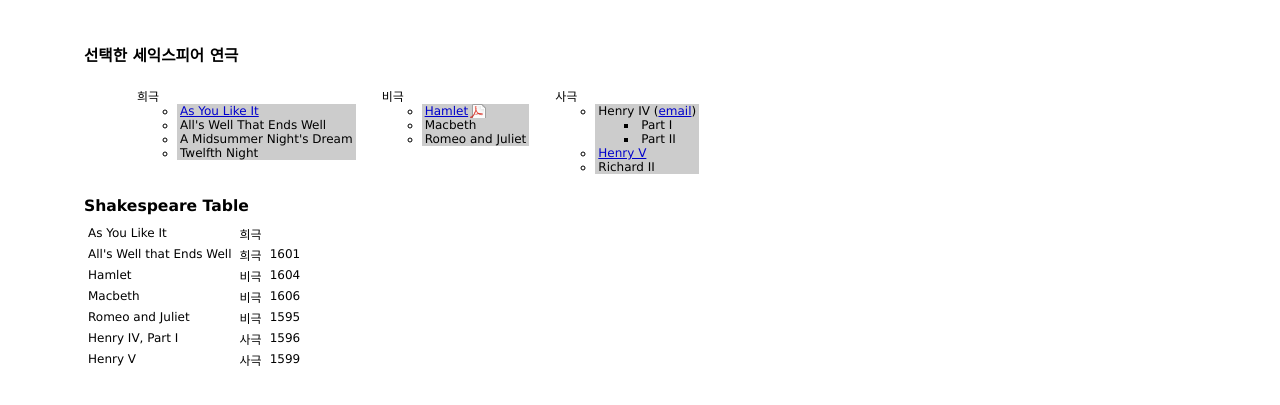
Repository: RyuJelly/211
Page: java_web/jQuery/WebContent/chap02/index.html
An editor plug-in stored every save of this project. The page is shown before and after the next save, followed by the edit.
The browser window is 1280 px wide. The pictures show the whole page.

Above is the page before, as saved 2021-03-15 03:25:40.
Console error (its wording comes from the project's code and is left out).

### java_web/jQuery/WebContent/chap02/index.html
<!DOCTYPE html PUBLIC "-//W3C//DTD XHTML 1.0 Transitional//EN"
	"http://www.w3.org/TR/xhtml1/DTD/xhtml1-transitional.dtd">

<html xmlns="http://www.w3.org/1999/xhtml" xml:lang="en" lang="en">
<head>
	<meta http-equiv="Content-Type" content="text/html; charset=utf-8"/>

	<title>Selected ShakeSpeare Plays</title>
	<link rel="stylesheet" href="../css/default.css" type="text/css" media="screen" />
	<link rel="stylesheet" href="chapter2.css" type="text/css" media="screen" />

	<script src="jquery.js" type="text/javascript"></script>
  <script src="chapter2.js" type="text/javascript"></script>

</head>
<body>
<div id="container">

<h2>선택한 세익스피어 연극</h2>
<ul id="selected-plays" class="clear-after">
  <li>희극
    <ul>
    	<li><a href="/asyoulikeit/">As You Like It</a></li>
    	<li>All's Well That Ends Well</li>
    	<li>A Midsummer Night's Dream</li>
    	<li>Twelfth Night</li>
    </ul>
  </li>
  <li>비극
    <ul>
    	<li><a href="hamlet.pdf">Hamlet</a></li>
    	<li>Macbeth</li>
    	<li>Romeo and Juliet</li>
    </ul>
  </li>
  <li>사극
    <ul>
    	<li>Henry IV (<a href="mailto:henryiv@king.co.uk">email</a>)
        <ul>
          <li>Part I</li>
          <li>Part II</li>
			  </ul>
			</li>
			<li><a href="http://www.shakespeare.co.uk/henryv.htm">Henry V</a></li>
			<li>Richard II</li>
    </ul>
  </li>
</ul>
<h2>Shakespeare Table</h2>
<table>
  <tr>
  	<td>As You Like It</td>
  	<td>희극</td>
  	<td></td>
  </tr>
  <tr>
  	<td>All's Well that Ends Well</td>
  	<td>희극</td>
  	<td>1601</td>
  </tr>
  <tr>
  	<td>Hamlet</td>
  	<td>비극</td>
  	<td>1604</td>
  </tr>
  <tr>
  	<td>Macbeth</td>
  	<td>비극</td>
  	<td>1606</td>
  </tr>
  <tr>
  	<td>Romeo and Juliet</td>
  	<td>비극</td>
  	<td>1595</td>
  </tr>
  <tr>
  	<td>Henry IV, Part I</td>
  	<td>사극</td>
  	<td>1596</td>
  </tr>
  <tr>
  	<td>Henry V</td>
  	<td>사극</td>
  	<td>1599</td>
  </tr>
</table>
<!-- <h2>from Benjamin Franklin's <em>Autobiography</em></h2>
<p>Thus refreshed, I walked again up the street, which by this time had many clean-dressed people in it, who were all walking the same way. I joined them, and thereby was led into the great meeting-house of the Quakers near the market. I sat down among them, and, after looking round awhile and hearing nothing said, being very drowsy thro’ labor and want of rest the preceding night, I fell fast asleep, and continued so till the meeting broke up, when one was kind enough to rouse me. This was, therefore, the first house I was in, or slept in, in Philadelphia.</p> -->
</div>
</body>
</html>

### java_web/jQuery/WebContent/chap09/default.css
body {
  font: 62.5% Arial, Verdana, sans-serif;
}

#container {
  padding: 20px 60px 100px;
}
h1 {
  font-size: 2.5em;
  margin-bottom: 1em;
}
h2 {
  font-size: 1.3em;
  margin-bottom: .5em;
}
h3 {
  font-size: 1.1em;
  margin-bottom: 0;
}

### java_web/jQuery/WebContent/chap02/chapter2.css
/***************************************
   =default styles
************************************** */

html, body {
  margin: 0;
  padding: 0;
}

body {
  font: 62.5% Verdana, Helvetica, Arial, sans-serif;
  color: #000;
  background: #fff;
}
#container {
  font-size: 1.2em;
  margin: 10px 2em;
}

h1 {
  font-size: 2.5em;
  margin-bottom: 0;
}

h2 {
  font-size: 1.3em;
  margin-bottom: .5em;
}
h3 {
  font-size: 1.1em;
  margin-bottom: 0;
}

code {
  font-size: 1.2em;
}

a {
  color: #06581f;
}
/* ----------------------------
=Aslett Clearing Method for floats
-------------------------------*/
.clear-after:after {
  content: ".";
  display: block;
  height: 0;
  clear: both;
  visibility: hidden;
  }
.clear-after {display: inline-block;}
/* backslash hack hides from IE Mac \*/
	* html .clear-after {height: 1%;}
	.clear-after {display: block;}
/* end backslash hack */


/***************************************
   =chapter styles
************************************** */

li {
  padding: 0 3px;
}
.horizontal {
  float: left;
  list-style: none;
  margin: 10px;
}
.sub-level {
  background: #ccc;
}
a {
  color: #00c;
}
a.mailto {
  background: url(images/email.png) no-repeat 100% 2px;
  padding-right: 18px;
}
a.pdflink {
  background: url(images/pdf.png) no-repeat 100% 0;
  padding-right: 18px;
}
a.henrylink {
  background-color: #fff;
  padding: 2px;
  border: 1px solid #000;
}
a.external {
  background: #fff url(images/external.png) no-repeat 100% 2px;
  padding-right: 16px;
}

table {
  border-collapse: collapse;
}
th, td {
  text-align: left;
  padding: 2px 4px;
}
.table-heading {
  background-color: #000;
  color: #fff;

}

.alt {
  background-color: #ccc;
}

.highlight {
  font-weight: bold;
  font-style: italic;
}

.italic {
  font-style: italic;
}
.bold {
  font-weight: bold;
}

### java_web/jQuery/WebContent/chap02/chapter2.js
$(function(){
	$('#selected-plays > li').addClass('horizontal');
	$('#selected-plays li:not("#selected-plays > li")').addClass('sub-level');
	$('a[href $= pdf]').addClass('pdflink');
	$('a[href *= @]').addClass('mailto');
});

Loaded but not shown: java_web/jQuery/WebContent/chap02/jquery.js (library)

After the next save:
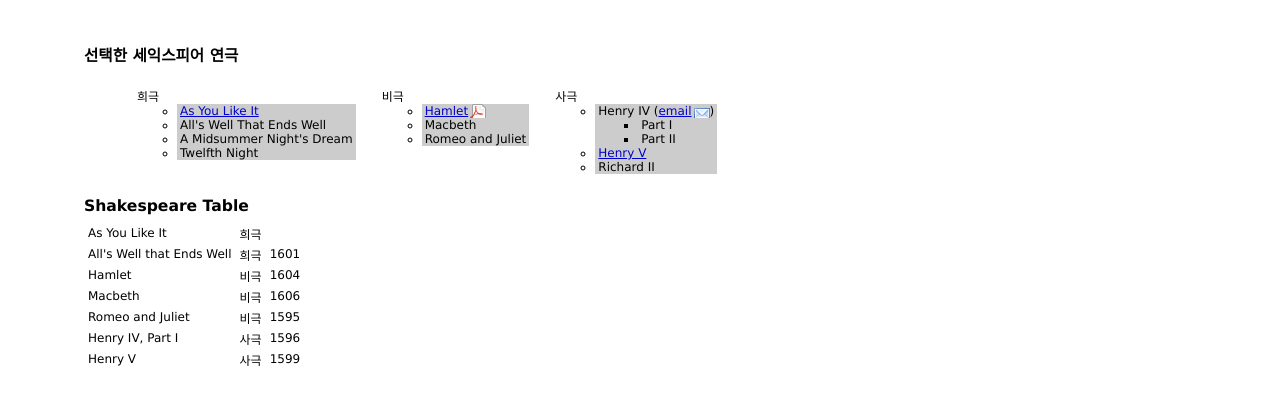
The error is gone.
Saved 2 min 48 s later.
--- a/java_web/jQuery/WebContent/chap02/chapter2.js
+++ b/java_web/jQuery/WebContent/chap02/chapter2.js
@@ -2,5 +2,5 @@ $(function(){
 	$('#selected-plays > li').addClass('horizontal');
 	$('#selected-plays li:not("#selected-plays > li")').addClass('sub-level');
 	$('a[href $= pdf]').addClass('pdflink');
-	$('a[href *= @]').addClass('mailto');
+	$('a[href ^= mailto]').addClass('mailto');
 });
